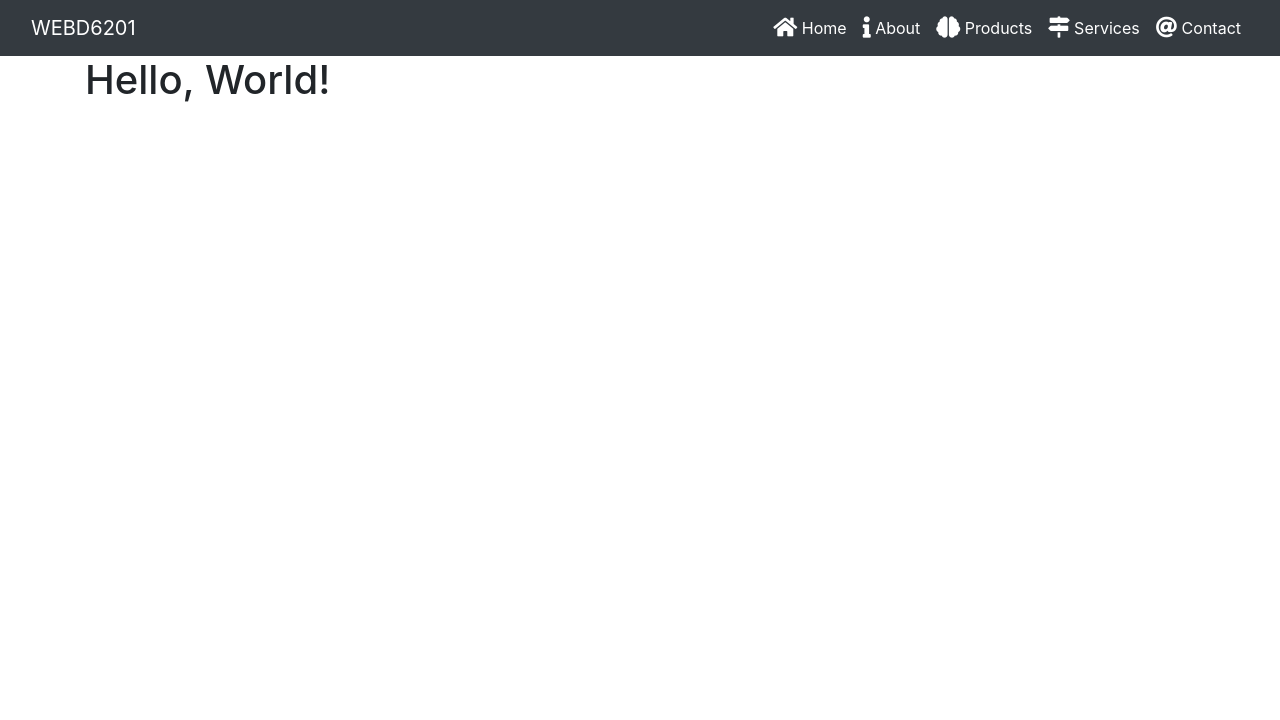
Repository: jaisydh07/WEBD6201-Week1
Page: index.html
The author's editor kept a copy of each file at every save. The page is drawn from the files as they stood at one save, then again after the next save.
The browser window is 1280 px wide. The pictures show the whole page.

Above is the page before, as saved 2021-01-28 22:38:09.

After the next save:
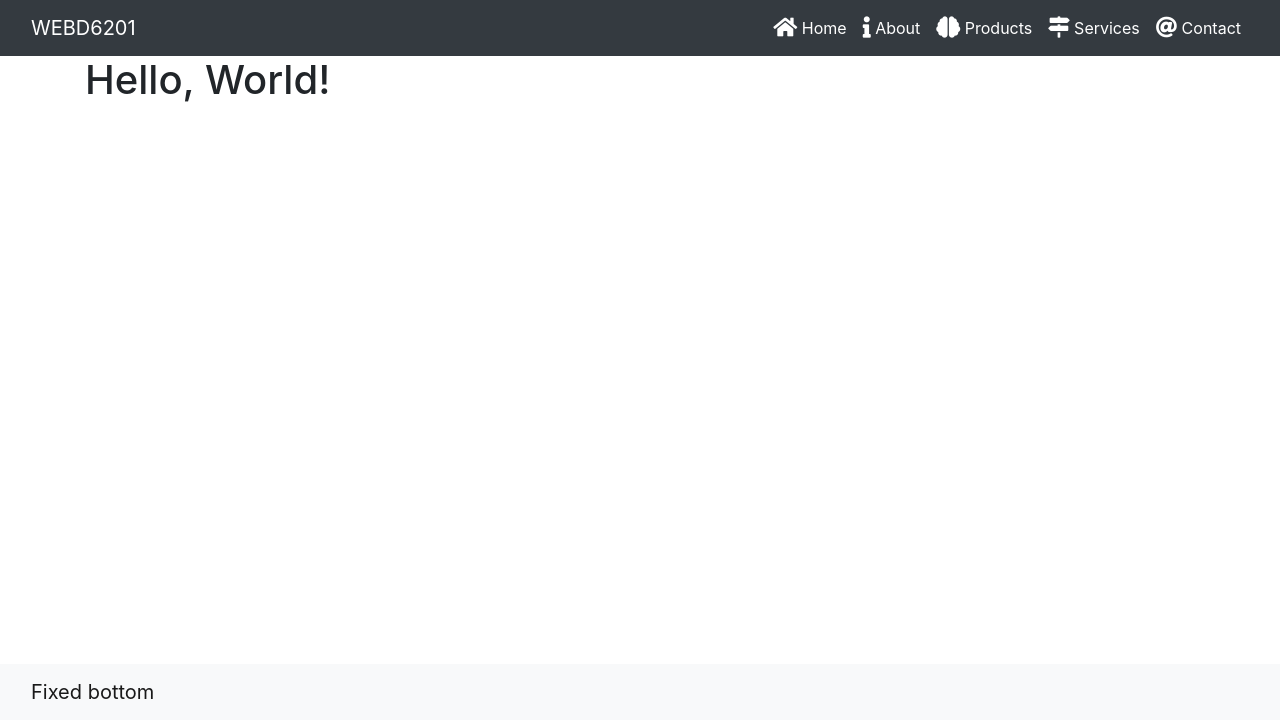
Saved 10 min 50 s later.
--- a/index.html
+++ b/index.html
@@ -57,6 +57,14 @@
         <h1>Hello, World!</h1>
     </div>
 
+    <footer>
+        <nav class="navbar fixed-bottom navbar-light bg-light">
+            <div class="container-fluid">
+              <a class="navbar-brand" href="#">Fixed bottom</a>
+            </div>
+          </nav>
+    </footer>
+
     <!-- JavaScript Section -->
     <script src="./node_modules/jquery/dist/jquery.min.js"></script>
     <script src="./node_modules/bootstrap/dist/js/bootstrap.bundle.min.js"></script>
